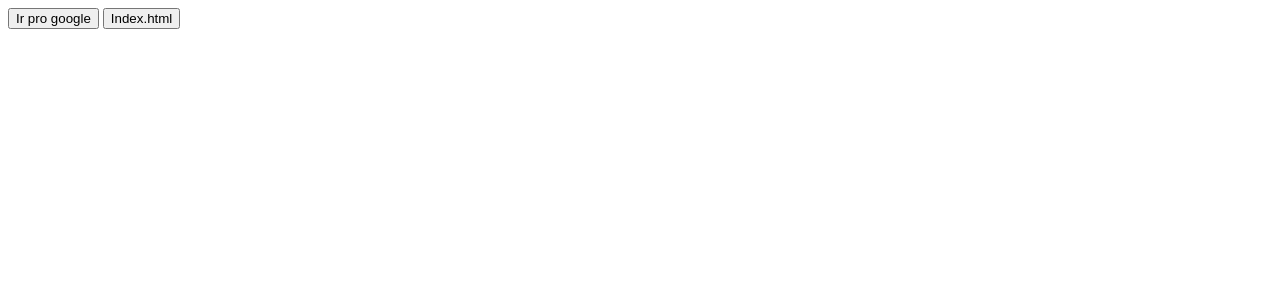
Repository: joaoaspimienta/Testes-e-estudo-de-ReactJS
Page: src/Anotações.html
An editor plug-in stored every save of this project. The page is shown before and after the next save, followed by the edit.
The browser window is 1280 px wide. The pictures show the whole page.

Above is the page before, as saved 2021-12-27 18:31:26.

After the next save:
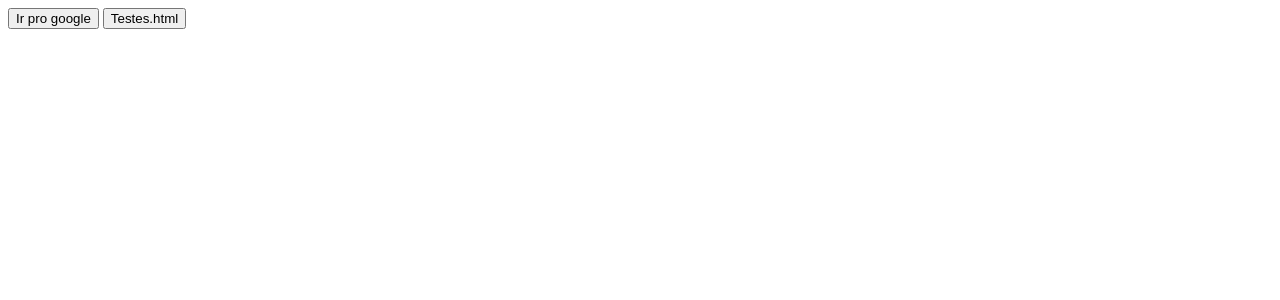
Saved 18 s later.
--- a/src/Anotações.html
+++ b/src/Anotações.html
@@ -6,7 +6,7 @@
   <body>
     <button onClick="window.location.href='https://www.google.com';">Ir pro google</button>
 
-    <button onClick="window.location.href='./index.html';">Index.html</button>
+    <button onClick="window.location.href='';">Testes.html</button>
 
     <!-- document.write("<h1>lol</h1>") -->
   </body>
